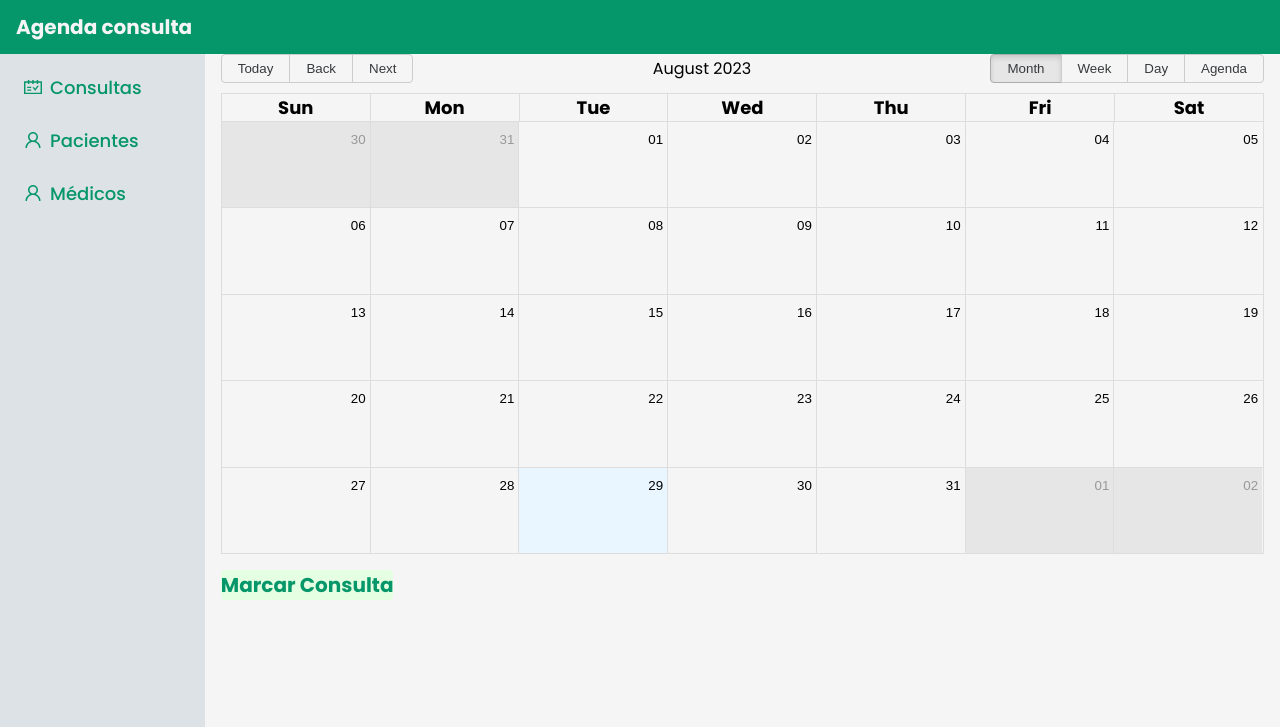
Repository: BarbaraCD/agendaconsulta
Page: /appointments/calendar
An editor plug-in stored every save of this project. The page is shown before and after the next save, followed by the edit.
The browser window is 1280 px wide. The pictures show the whole page.
The page's requests for data from a server got no answer. The project was rebuilt for these pictures with package versions that can differ from the ones it lists, and the page was loaded fresh each time. No one was signed in, and anything a server would have sent is missing. Also part of the build but not shown: vite.config.ts, src/components/InputPatient.tsx, src/styles/CreateContainer.ts, src/components/DoctorTable.tsx, src/components/PatientTable.tsx, src/components/InputDoctors.tsx, src/components/Appointments.tsx.

Above is the page before, as saved 2023-08-29 16:20:07.

After the next save:
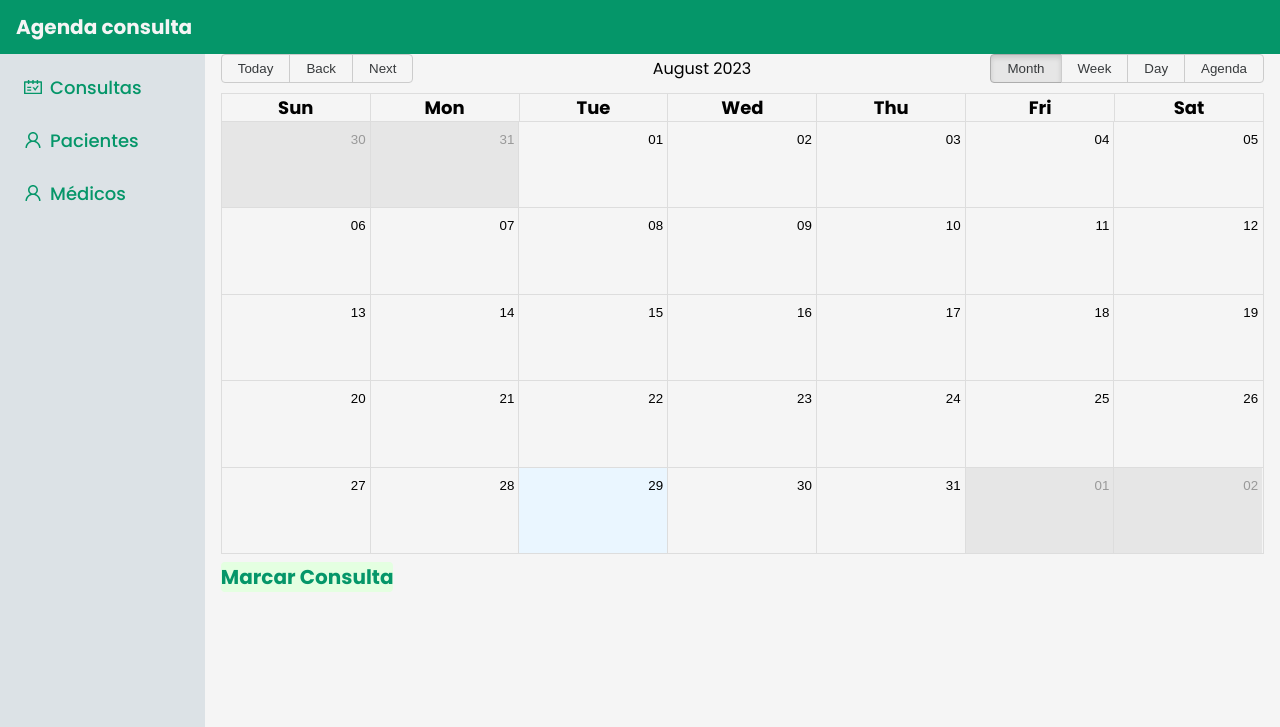
Saved 16 s later.
--- a/src/styles/InputContainer.ts
+++ b/src/styles/InputContainer.ts
@@ -71,7 +71,7 @@ export const StyledLink = styled(Link)`
   background-color: ${(props) => props.theme.colors[100]};
   font-weight: 600;
   border-radius: 4px;
-  margin: 1rem 0;
+  margin: 0.5rem 0;
   justify-content: center;
   align-items: center;
   display: flex;
